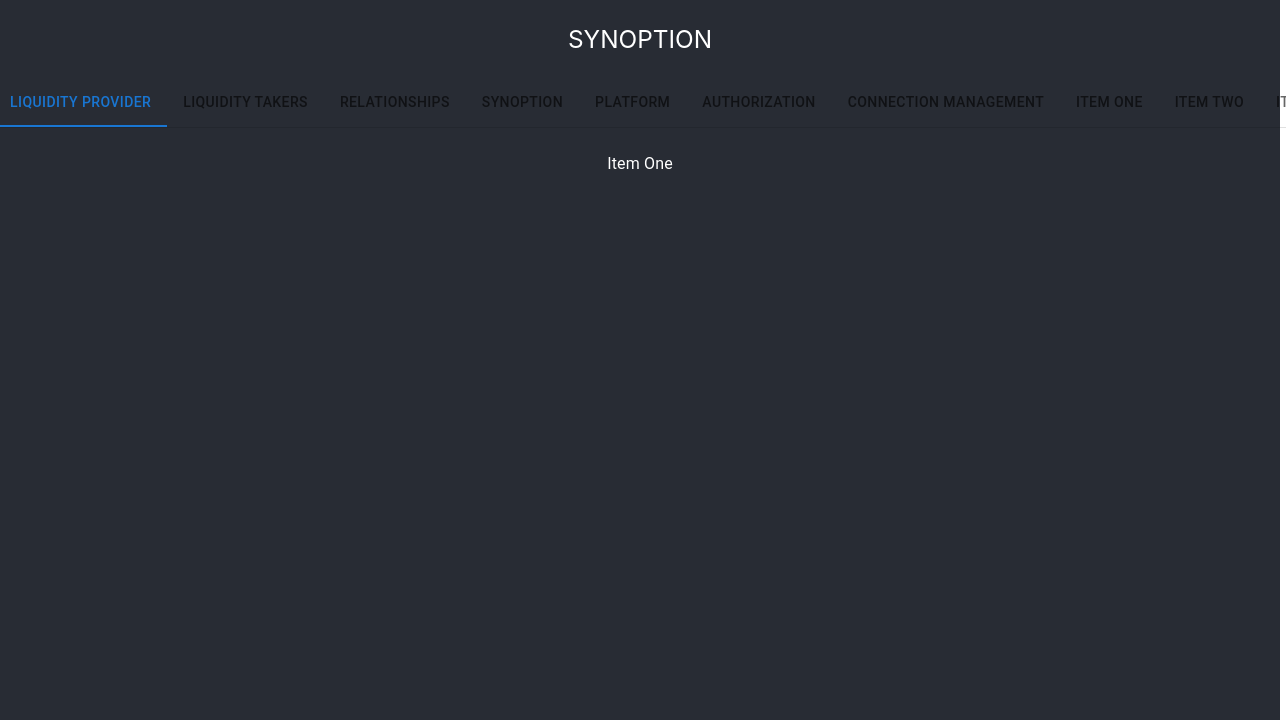
Repository: Kanika-tech/project-demo
Page: /
These files come from the project's save history. The page is drawn as it stood at one moment and after the next save; the edit follows.
The browser window is 1280 px wide. The page is 1286 px wide, then 1280 px, so the pictures cover 1286 px, including what lies to the right of the window. The pictures show the whole page.
The project was rebuilt for these pictures with package versions that can differ from the ones it lists, and the page was loaded fresh each time.

Above is the page before, as saved 2021-12-11 21:40:18.

### src/App.js
import logo from './logo.svg';
import './App.css';
import Dashboard from './containers/Dashboard';

function App() {
  return (
    <div className="App App-header">
      <header className="">
        {/* <img src={logo} className="App-logo" alt="logo" /> */}
        <p>
         SYNOPTION
        </p>
        {/* <a
          className="App-link"
          href="https://reactjs.org"
          target="_blank"
          rel="noopener noreferrer"
        >
          Hello kanika, you are awesome
        </a> */}
      </header>
      <div>
        <Dashboard/>
      </div>
    </div>
  );
}

export default App;

### src/containers/Dashboard.jsx
import * as React from 'react';
import BasicTabs from '../components/BasicTabs';
import { dashboard } from '../MockData/dashboard-data';


export default function Dashboard() {

  return (
    <BasicTabs data={dashboard} />
  );
}

### src/components/BasicTabs.jsx
import * as React from 'react';
import PropTypes from 'prop-types';
import Tabs from '@mui/material/Tabs';
import Tab from '@mui/material/Tab';
import Typography from '@mui/material/Typography';
import Box from '@mui/material/Box';

function TabPanel(props) {
  const { children, value, index, ...other } = props;

  return (
    <div
      role="tabpanel"
      hidden={value !== index}
      id={`simple-tabpanel-${index}`}
      aria-labelledby={`simple-tab-${index}`}
      {...other}
    >
      {value === index && (
        <Box sx={{ p: 3 }}>
          <Typography>{children}</Typography>
        </Box>
      )}
    </div>
  );
}

TabPanel.propTypes = {
  children: PropTypes.node,
  index: PropTypes.number.isRequired,
  value: PropTypes.number.isRequired,
};

function a11yProps(index) {
  return {
    id: `simple-tab-${index}`,
    'aria-controls': `simple-tabpanel-${index}`,
  };
}

export default function BasicTabs(props) {
    const { data }  = props;
    const { TOP_LEVEL } = data;

  const [value, setValue] = React.useState(0);

  const handleChange = (event, newValue) => {
    setValue(newValue);
  };

  const todoItems = TOP_LEVEL.map((tab) =>
        <li key={tab.title}>
            {tab.title}
        </li>
        );

  return (
    <Box sx={{ width: '100%' }}>
      <Box sx={{ borderBottom: 1, borderColor: 'divider' }}>
        <Tabs value={value} onChange={handleChange} aria-label="basic tabs example">
           {TOP_LEVEL.map((tab, index) =>
             <Tab label={tab.title} {...a11yProps(index)} />
            )}
          <Tab label="Item One" {...a11yProps(0)} />
          <Tab label="Item Two" {...a11yProps(1)} />
          <Tab label="Item Three" {...a11yProps(2)} />
          <Tab label="Item Four" {...a11yProps(3)} />
          <Tab label="Item Five" {...a11yProps(4)} />
        </Tabs>
      </Box>
      <TabPanel value={value} index={0}>
        Item One
      </TabPanel>
      <TabPanel value={value} index={1}>
        Item Two
      </TabPanel>
      <TabPanel value={value} index={2}>
        Item Three
      </TabPanel>
      <TabPanel value={value} index={3}>
        Item Three
      </TabPanel>
      <TabPanel value={value} index={4}>
        Item Three
      </TabPanel>
    </Box>
  );
}

### src/MockData/dashboard-data.js
export const dashboard = {
    TOP_LEVEL: [
        {
            title: 'Liquidity Provider',
            tabGroup: true,
        },
       {
            title: 'Liquidity Takers'
        },
       {
            title: 'Relationships'
        },
       {
            title: 'Synoption'
        },
        {
            title: 'Platform'
        },
       {
            title: 'Authorization'
        },
        {
            title: 'Connection Management'
        }
    ]
}

Loaded but not shown: public/index.html (common file); src/index.js (common file); src/index.css (common file); src/reportWebVitals.js (common file); src/App.css (common file)

After the next save:
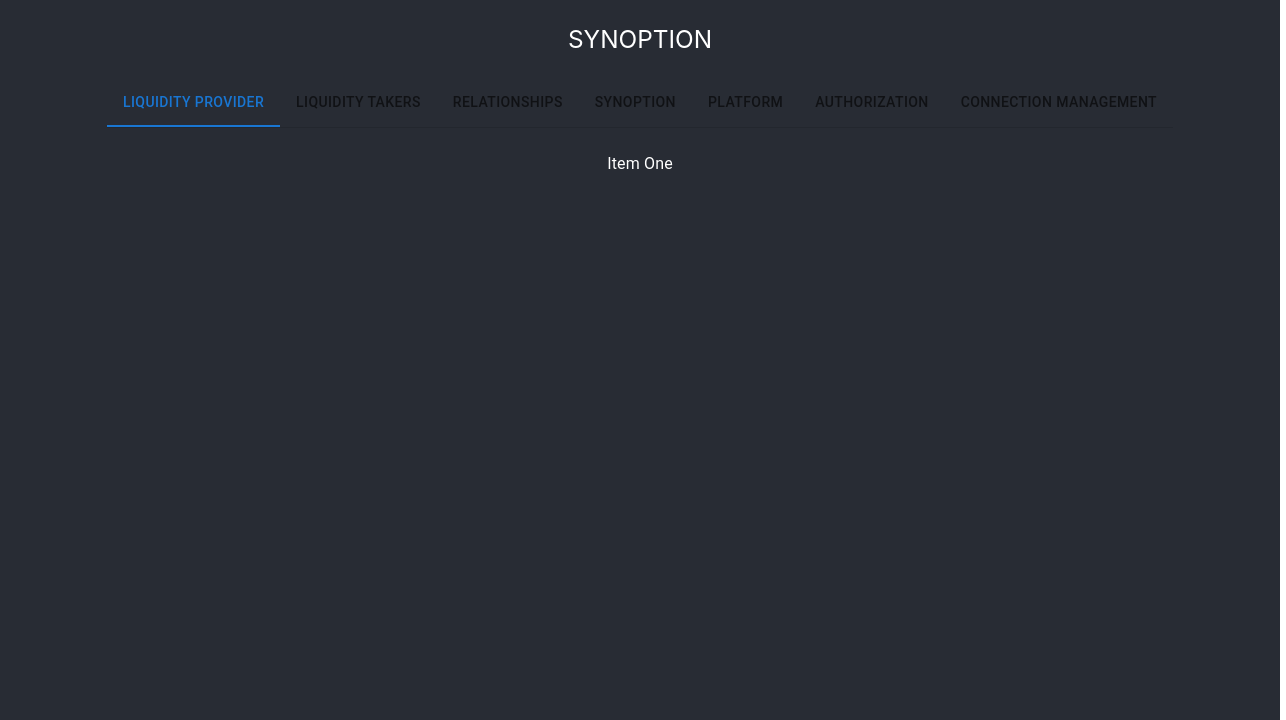
Saved 23 s later.
--- a/src/components/BasicTabs.jsx
+++ b/src/components/BasicTabs.jsx
@@ -61,11 +61,11 @@
            {TOP_LEVEL.map((tab, index) =>
              <Tab label={tab.title} {...a11yProps(index)} />
             )}
-          <Tab label="Item One" {...a11yProps(0)} />
+          {/* <Tab label="Item One" {...a11yProps(0)} />
           <Tab label="Item Two" {...a11yProps(1)} />
           <Tab label="Item Three" {...a11yProps(2)} />
           <Tab label="Item Four" {...a11yProps(3)} />
-          <Tab label="Item Five" {...a11yProps(4)} />
+          <Tab label="Item Five" {...a11yProps(4)} /> */}
         </Tabs>
       </Box>
       <TabPanel value={value} index={0}>
